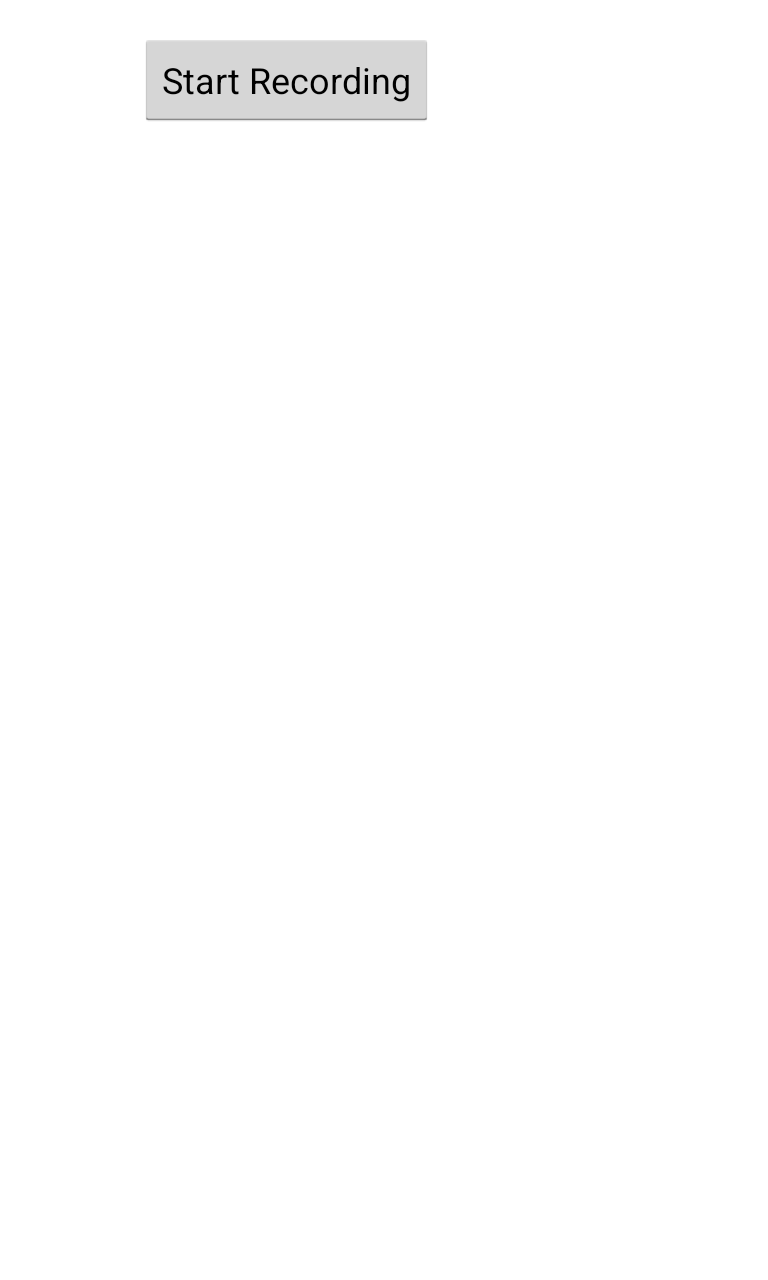
Repository: a20r/locaudio
Layout: app/Locabean/res/layout/activity_node.xml
An editor plug-in stored every save of this project. The layout is shown before and after the next save, followed by the edit.
It is drawn on a 768 x 1280 px phone screen (xhdpi) without system bars, with theme AppTheme; the app's code is not run.

Above is the layout before, as saved 2014-01-17 22:38:02.

After the next save:
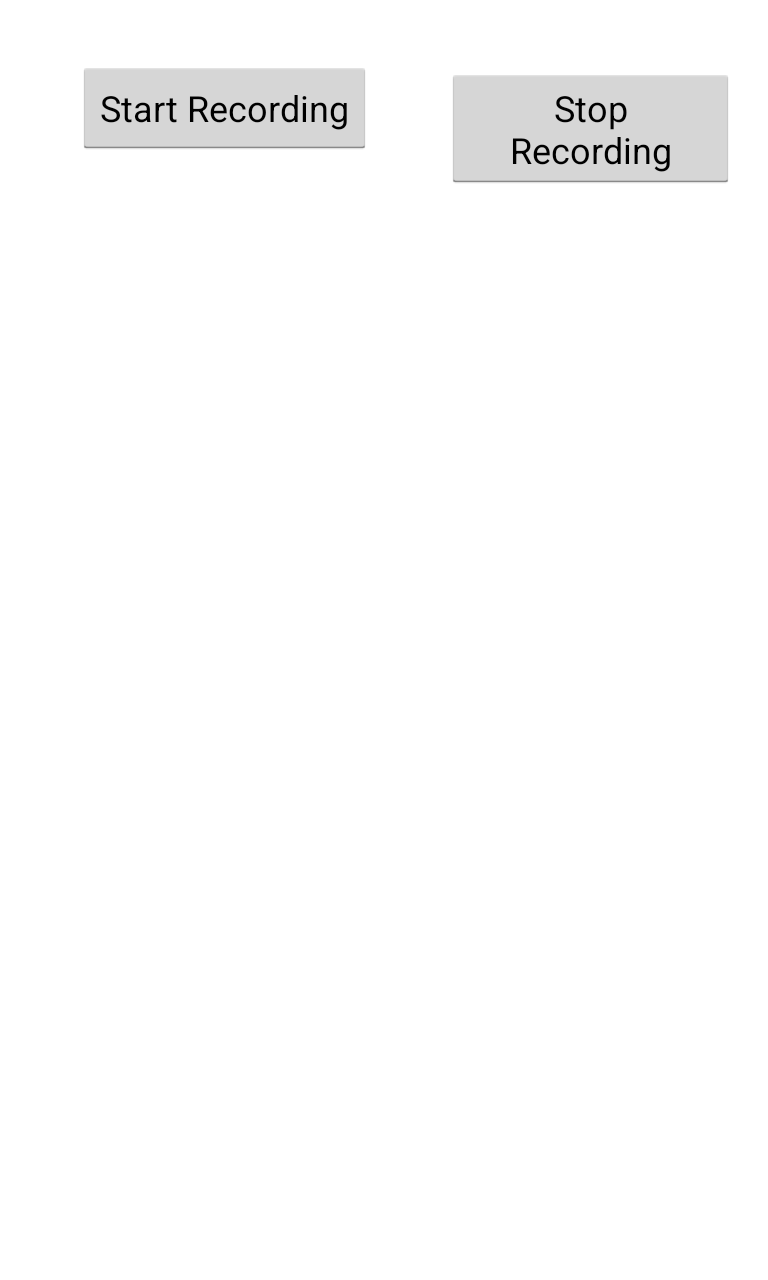
Saved 21 s later.
--- a/app/Locabean/res/layout/activity_node.xml
+++ b/app/Locabean/res/layout/activity_node.xml
@@ -12,7 +12,20 @@
         android:id="@+id/btnStart"
         android:layout_width="wrap_content"
         android:layout_height="wrap_content"
-        android:layout_marginLeft="53dp"
+        android:layout_alignParentLeft="true"
+        android:layout_alignParentTop="true"
+        android:layout_marginLeft="22dp"
+        android:layout_marginTop="14dp"
         android:text="Start Recording" />
 
+    <Button
+        android:id="@+id/btnStop"
+        android:layout_width="wrap_content"
+        android:layout_height="wrap_content"
+        android:layout_alignBaseline="@+id/btnStart"
+        android:layout_alignBottom="@+id/btnStart"
+        android:layout_marginLeft="36dp"
+        android:layout_toRightOf="@+id/btnStart"
+        android:text="Stop Recording" />
+
 </RelativeLayout>
